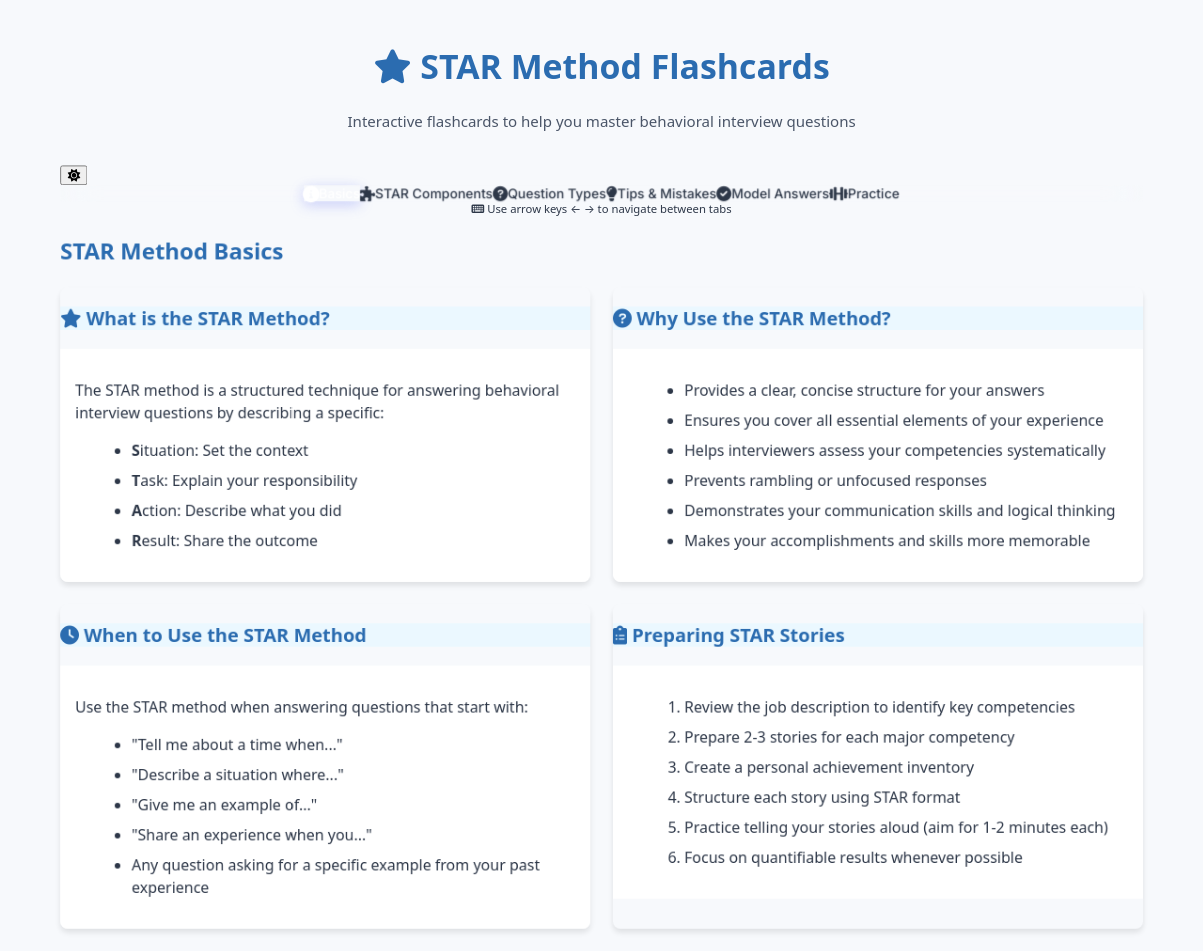
Repository: Clementjatts/star-interview-flashcards
Page: index.html
The author's editor kept a copy of each file at every save. The page is drawn from the files as they stood at one save, then again after the next save.
The browser window is 1280 px wide. The pictures show the whole page, at 94% of full size.

Above is the page before, as saved 2025-05-02 20:51:23.

### index.html
<!DOCTYPE html>
<html lang="en" data-theme="dark">

<head>
    <meta charset="UTF-8">
    <meta name="viewport" content="width=device-width, initial-scale=1.0">
    <meta name="description"
        content="Master the STAR method for behavioral interviews with interactive flashcards, practice questions, and model answers.">
    <meta name="keywords" content="STAR method, behavioral interview, job interview, interview preparation, flashcards">
    <title>STAR Method Flashcards - Master Behavioral Interviews</title>

    <!-- Google Fonts -->
    <link rel="preconnect" href="https://fonts.googleapis.com">
    <link rel="preconnect" href="https://fonts.gstatic.com" crossorigin>
    <link href="https://fonts.googleapis.com/css2?family=Inter:wght@400;500;600;700;800&display=swap" rel="stylesheet">

    <!-- Font Awesome Icons -->
    <link rel="stylesheet" href="https://cdn.jsdelivr.net/npm/@fortawesome/fontawesome-free@6.0.0/css/all.min.css">

    <!-- Styles -->
    <link rel="stylesheet" href="styles/main.css">
</head>

<body>
    <div class="max-w-6xl mx-auto">
        <!-- Header Section -->
        <header class="header-container">
            <h1>
                <i class="fas fa-star" style="color: var(--accent-primary);"></i>
                STAR Method Flashcards
            </h1>
            <p class="intro">Interactive flashcards to help you master behavioral interview questions</p>

            <!-- Theme Toggle -->
            <div class="header-actions">
                <button class="theme-toggle" id="themeToggle" aria-label="Toggle dark/light mode" title="Toggle theme">
                    <i class="fas fa-moon"></i>
                </button>
            </div>
        </header>

        <!-- Progress Bar -->
        <div class="progress-container" role="progressbar" aria-valuenow="1" aria-valuemin="1" aria-valuemax="6">
            <div class="progress-bar" id="progressBar"></div>
        </div>

        <!-- Tab Navigation -->
        <nav class="tab-button-container" role="tablist" aria-label="STAR Method sections">
            <button class="tab-button active" onclick="openTab(event, 'basics')" role="tab" aria-selected="true"
                aria-controls="basics" id="tab-basics">
                <i class="fas fa-info-circle"></i>
                <span>Basics</span>
            </button>
            <button class="tab-button" onclick="openTab(event, 'components')" role="tab" aria-selected="false"
                aria-controls="components" id="tab-components">
                <i class="fas fa-puzzle-piece"></i>
                <span>STAR Components</span>
            </button>
            <button class="tab-button" onclick="openTab(event, 'questions')" role="tab" aria-selected="false"
                aria-controls="questions" id="tab-questions">
                <i class="fas fa-question-circle"></i>
                <span>Question Types</span>
            </button>
            <button class="tab-button" onclick="openTab(event, 'tips')" role="tab" aria-selected="false"
                aria-controls="tips" id="tab-tips">
                <i class="fas fa-lightbulb"></i>
                <span>Tips & Mistakes</span>
            </button>
            <button class="tab-button" onclick="openTab(event, 'examples')" role="tab" aria-selected="false"
                aria-controls="examples" id="tab-examples">
                <i class="fas fa-check-circle"></i>
                <span>Model Answers</span>
            </button>
            <button class="tab-button" onclick="openTab(event, 'practice')" role="tab" aria-selected="false"
                aria-controls="practice" id="tab-practice">
                <i class="fas fa-dumbbell"></i>
                <span>Practice</span>
            </button>
        </nav>

        <p class="keyboard-hint">
            <i class="fas fa-keyboard"></i> Use arrow keys ← → to navigate between tabs
        </p>

        <!-- Tab Content -->
        <main>
            <div id="basics" class="tab-content active" role="tabpanel" aria-labelledby="tab-basics">
                <!-- Content will be loaded from components/basics.html -->
            </div>

            <div id="components" class="tab-content" role="tabpanel" aria-labelledby="tab-components">
                <!-- Content will be loaded from components/components.html -->
            </div>

            <div id="questions" class="tab-content" role="tabpanel" aria-labelledby="tab-questions">
                <!-- Content will be loaded from components/questions.html -->
            </div>

            <div id="tips" class="tab-content" role="tabpanel" aria-labelledby="tab-tips">
                <!-- Content will be loaded from components/tips.html -->
            </div>

            <div id="examples" class="tab-content" role="tabpanel" aria-labelledby="tab-examples">
                <!-- Content will be loaded from components/examples.html -->
            </div>

            <div id="practice" class="tab-content" role="tabpanel" aria-labelledby="tab-practice">
                <!-- Content will be loaded from components/practice.html -->
            </div>
        </main>


    </div>

    <!-- Scripts -->
    <script src="scripts/tabs.js"></script>
    <script src="scripts/cards.js"></script>
    <script src="scripts/practice.js"></script>
    <script src="scripts/app.js"></script>

    <script>
        // Load component HTML files
        document.addEventListener('DOMContentLoaded', function () {
            // Function to load HTML content from component files
            function loadComponent(id, file) {
                const element = document.getElementById(id);
                element.classList.add('loading');

                fetch('components/' + file)
                    .then(response => {
                        if (!response.ok) throw new Error('Network response was not ok');
                        return response.text();
                    })
                    .then(html => {
                        element.innerHTML = html;
                        element.classList.remove('loading');

                        // Initialize practice features if this is the practice tab
                        if (id === 'practice' && typeof initPractice === 'function') {
                            initPractice();
                        }

                        // Initialize flip cards
                        if (typeof initFlipCards === 'function') {
                            initFlipCards(element);
                        }
                    })
                    .catch(error => {
                        console.error('Error loading component:', error);
                        element.classList.remove('loading');
                        element.innerHTML = `
                            <div class="tab-error">
                                <i class="fas fa-exclamation-triangle"></i>
                                <p>Unable to load content. If you opened this file directly, please run a local server.</p>
                                <p style="font-size: 0.875rem; color: var(--text-muted);">
                                    Run: <code style="background: var(--glass-bg); padding: 2px 8px; border-radius: 4px;">npx serve</code> in the project folder
                                </p>
                                <button onclick="location.reload()">
                                    <i class="fas fa-redo"></i> Retry
                                </button>
                            </div>
                        `;
                    });
            }

            // Load all components
            loadComponent('basics', 'basics.html');
            loadComponent('components', 'components.html');
            loadComponent('questions', 'questions.html');
            loadComponent('tips', 'tips.html');
            loadComponent('examples', 'examples.html');
            loadComponent('practice', 'practice.html');

            // Initialize theme
            initTheme();
        });
    </script>
</body>

</html>

### styles/main.css
/* Main CSS file that imports all other CSS files */
@import 'base.css';
@import 'components.css';
@import 'tabs.css';
@import 'print.css';

### styles/base.css
/* Base styles */
body {
    background-color: #f7f9fc;
    font-family: system-ui, -apple-system, BlinkMacSystemFont, "Segoe UI", Roboto, sans-serif;
    color: #2d3748;
    line-height: 1.5;
}

/* Typography */
h1, h2, h3, h4, h5, h6 {
    font-family: system-ui, -apple-system, BlinkMacSystemFont, "Segoe UI", Roboto, sans-serif;
    font-weight: 600;
    line-height: 1.25;
    color: #2d3748;
}

h2.section-title {
    color: #2b6cb0;
    font-size: 1.5rem;
    font-weight: 700;
}

h3 {
    font-size: 1.25rem;
}

p {
    margin-bottom: 0.75rem;
}

strong {
    font-weight: 600;
}

.max-w-6xl {
    max-width: 72rem;
}

.mx-auto {
    margin-left: auto;
    margin-right: auto;
}

h1 {
    font-size: 1.875rem;
    font-weight: bold;
    text-align: center;
    margin-bottom: 1.5rem;
    color: #2b6cb0;
}

p.intro {
    text-align: center;
    margin-bottom: 2rem;
    color: #4a5568;
}

@media (min-width: 768px) {
    body {
        padding: 2rem;
    }

    h1 {
        font-size: 2.25rem;
    }
}

body {
    padding: 1rem;
}

### styles/components.css
/* Card styles */
.card {
    border-radius: 8px;
    box-shadow: 0 4px 6px rgba(0, 0, 0, 0.1);
    transition: transform 0.3s ease, box-shadow 0.3s ease;
    overflow: hidden;
}

.card:hover {
    transform: translateY(-5px);
    box-shadow: 0 10px 15px rgba(0, 0, 0, 0.1);
}

/* Card front/back styles */
.card-front {
    background-color: #ebf4ff;
    border-bottom-width: 1px;
}

.card-back {
    background-color: white;
    padding: 1rem;
}

/* Card front colors */
.card-front.bg-blue-50 {
    background-color: #ebf8ff;
    border-color: #bee3f8;
}

.card-front.bg-green-50 {
    background-color: #f0fff4;
    border-color: #c6f6d5;
}

.card-front.bg-yellow-50 {
    background-color: #fffff0;
    border-color: #fefcbf;
}

.card-front.bg-red-50 {
    background-color: #fff5f5;
    border-color: #fed7d7;
}

.card-front.bg-purple-50 {
    background-color: #faf5ff;
    border-color: #e9d8fd;
}

.card-front.bg-indigo-50 {
    background-color: #ebf4ff;
    border-color: #c3dafe;
}

/* Grid layout for cards */
.grid {
    display: grid;
    gap: 1.5rem;
}

@media (min-width: 768px) {
    .grid {
        grid-template-columns: repeat(2, 1fr);
    }
}

/* Section titles */
.section-title {
    font-size: 1.5rem;
    font-weight: bold;
    margin-bottom: 1.5rem;
    color: #2b6cb0;
}

/* List styles */
ul.list-disc {
    list-style-type: disc;
    margin-left: 1.25rem;
    margin-bottom: 1rem;
}

ul.list-disc li {
    margin-bottom: 0.5rem;
}

ol.list-decimal {
    list-style-type: decimal;
    margin-left: 1.25rem;
    margin-bottom: 1rem;
}

ol.list-decimal li {
    margin-bottom: 0.5rem;
}

/* Text colors */
.text-blue-700 { color: #2b6cb0; }
.text-green-700 { color: #2f855a; }
.text-yellow-700 { color: #b7791f; }
.text-red-700 { color: #c53030; }
.text-purple-700 { color: #6b46c1; }
.text-indigo-700 { color: #4c51bf; }

.text-blue-800 { color: #2c5282; }
.text-green-800 { color: #276749; }
.text-yellow-800 { color: #975a16; }
.text-red-800 { color: #9b2c2c; }
.text-purple-800 { color: #553c9a; }
.text-indigo-800 { color: #434190; }

### styles/print.css
/* Print-specific styles */
@media print {
    .tab-button-container {
        display: none;
    }

    .tab-content {
        display: block !important;
        page-break-inside: avoid;
        margin-bottom: 2rem;
    }

    .section-title {
        margin-top: 2rem;
        margin-bottom: 1rem;
        font-size: 1.5rem;
        font-weight: bold;
        color: #2d3748;
    }

    body {
        background-color: white;
    }
}

### components/basics.html
<h2 class="text-2xl font-bold mb-6 text-blue-800 section-title">STAR Method Basics</h2>
<div class="grid grid-cols-1 md:grid-cols-2 gap-6">
    <!-- Card 1 -->
    <div class="card" tabindex="0" role="button" aria-label="Click to flip card">
        <div class="card-front p-4 bg-blue-50 border-b border-blue-200">
            <h3 class="text-xl font-semibold text-blue-700">
                <i class="fas fa-star" style="color: var(--accent-primary);"></i>
                What is the STAR Method?
            </h3>

        </div>
        <div class="card-back p-4">
            <p>The STAR method is a structured technique for answering behavioral interview questions by describing a
                specific:</p>
            <ul class="list-disc ml-5 mt-2">
                <li><strong style="color: var(--situation-color);">S</strong>ituation: Set the context</li>
                <li><strong style="color: var(--task-color);">T</strong>ask: Explain your responsibility</li>
                <li><strong style="color: var(--action-color);">A</strong>ction: Describe what you did</li>
                <li><strong style="color: var(--result-color);">R</strong>esult: Share the outcome</li>
            </ul>
        </div>
    </div>

    <!-- Card 2 -->
    <div class="card" tabindex="0" role="button" aria-label="Click to flip card">
        <div class="card-front p-4 bg-blue-50 border-b border-blue-200">
            <h3 class="text-xl font-semibold text-blue-700">
                <i class="fas fa-question-circle"></i>
                Why Use the STAR Method?
            </h3>

        </div>
        <div class="card-back p-4">
            <ul class="list-disc ml-5">
                <li>Provides a clear, concise structure for your answers</li>
                <li>Ensures you cover all essential elements of your experience</li>
                <li>Helps interviewers assess your competencies systematically</li>
                <li>Prevents rambling or unfocused responses</li>
                <li>Demonstrates your communication skills and logical thinking</li>
                <li>Makes your accomplishments and skills more memorable</li>
            </ul>
        </div>
    </div>

    <!-- Card 3 -->
    <div class="card" tabindex="0" role="button" aria-label="Click to flip card">
        <div class="card-front p-4 bg-blue-50 border-b border-blue-200">
            <h3 class="text-xl font-semibold text-blue-700">
                <i class="fas fa-clock"></i>
                When to Use the STAR Method
            </h3>

        </div>
        <div class="card-back p-4">
            <p>Use the STAR method when answering questions that start with:</p>
            <ul class="list-disc ml-5 mt-2">
                <li>"Tell me about a time when..."</li>
                <li>"Describe a situation where..."</li>
                <li>"Give me an example of..."</li>
                <li>"Share an experience when you..."</li>
                <li>Any question asking for a specific example from your past experience</li>
            </ul>
        </div>
    </div>

    <!-- Card 4 -->
    <div class="card" tabindex="0" role="button" aria-label="Click to flip card">
        <div class="card-front p-4 bg-blue-50 border-b border-blue-200">
            <h3 class="text-xl font-semibold text-blue-700">
                <i class="fas fa-clipboard-list"></i>
                Preparing STAR Stories
            </h3>

        </div>
        <div class="card-back p-4">
            <ol class="list-decimal ml-5">
                <li>Review the job description to identify key competencies</li>
                <li>Prepare 2-3 stories for each major competency</li>
                <li>Create a personal achievement inventory</li>
                <li>Structure each story using STAR format</li>
                <li>Practice telling your stories aloud (aim for 1-2 minutes each)</li>
                <li>Focus on quantifiable results whenever possible</li>
            </ol>
        </div>
    </div>
</div>

### components/components.html
<h2 class="text-2xl font-bold mb-6 text-blue-800 section-title">STAR Components Breakdown</h2>
<div class="grid grid-cols-1 md:grid-cols-2 gap-6">
    <!-- Situation Card -->
    <div class="card" tabindex="0" role="button" aria-label="Click to flip card">
        <div class="card-front p-4 bg-green-50 border-b border-green-200">
            <h3 class="text-xl font-semibold text-green-700">
                <span style="font-size: 1.5rem; font-weight: 800; color: var(--situation-color);">S</span> - Situation
            </h3>

        </div>
        <div class="card-back p-4">
            <p class="mb-2"><strong>Set the scene and provide context</strong></p>
            <p class="mb-2">Guiding questions:</p>
            <ul class="list-disc ml-5">
                <li>When and where did this take place?</li>
                <li>What was the background or context?</li>
                <li>Who else was involved?</li>
                <li>What were the surrounding circumstances?</li>
            </ul>
            <p class="mt-2 text-sm" style="color: var(--text-muted);">
                <i class="fas fa-lightbulb" style="color: var(--warning);"></i> Keep this brief (1-2 sentences) - just
                enough to understand the context.
            </p>
        </div>
    </div>

    <!-- Task Card -->
    <div class="card" tabindex="0" role="button" aria-label="Click to flip card">
        <div class="card-front p-4 bg-yellow-50 border-b border-yellow-200">
            <h3 class="text-xl font-semibold text-yellow-700">
                <span style="font-size: 1.5rem; font-weight: 800; color: var(--task-color);">T</span> - Task
            </h3>

        </div>
        <div class="card-back p-4">
            <p class="mb-2"><strong>Explain your responsibility or challenge</strong></p>
            <p class="mb-2">Guiding questions:</p>
            <ul class="list-disc ml-5">
                <li>What was your specific role or assignment?</li>
                <li>What was the problem or challenge you faced?</li>
                <li>What goals were you trying to achieve?</li>
                <li>What were the expectations or deadlines?</li>
            </ul>
            <p class="mt-2 text-sm" style="color: var(--text-muted);">
                <i class="fas fa-lightbulb" style="color: var(--warning);"></i> Focus on YOUR task, not the team's
                general objective.
            </p>
        </div>
    </div>

    <!-- Action Card -->
    <div class="card" tabindex="0" role="button" aria-label="Click to flip card">
        <div class="card-front p-4 bg-red-50 border-b border-red-200">
            <h3 class="text-xl font-semibold text-red-700">
                <span style="font-size: 1.5rem; font-weight: 800; color: var(--action-color);">A</span> - Action
            </h3>

        </div>
        <div class="card-back p-4">
            <p class="mb-2"><strong>Describe what YOU did and how you did it</strong></p>
            <p class="mb-2">Guiding questions:</p>
            <ul class="list-disc ml-5">
                <li>What specific steps did you take?</li>
                <li>How did you approach the problem?</li>
                <li>What skills or knowledge did you apply?</li>
                <li>How did you overcome obstacles?</li>
                <li>What made your approach effective?</li>
            </ul>
            <p class="mt-2 text-sm" style="color: var(--text-muted);">
                <i class="fas fa-lightbulb" style="color: var(--warning);"></i> This should be the longest part of your
                answer. Use "I" statements, not "we."
            </p>
        </div>
    </div>

    <!-- Result Card -->
    <div class="card" tabindex="0" role="button" aria-label="Click to flip card">
        <div class="card-front p-4 bg-purple-50 border-b border-purple-200">
            <h3 class="text-xl font-semibold text-purple-700">
                <span style="font-size: 1.5rem; font-weight: 800; color: var(--result-color);">R</span> - Result
            </h3>

        </div>
        <div class="card-back p-4">
            <p class="mb-2"><strong>Share the outcome and what you learned</strong></p>
            <p class="mb-2">Guiding questions:</p>
            <ul class="list-disc ml-5">
                <li>What was the outcome of your actions?</li>
                <li>How did you measure success?</li>
                <li>What did you accomplish or learn?</li>
                <li>How did it benefit your team/company?</li>
                <li>What quantifiable metrics can you share?</li>
            </ul>
            <p class="mt-2 text-sm" style="color: var(--text-muted);">
                <i class="fas fa-lightbulb" style="color: var(--warning);"></i> Include specific numbers/percentages
                whenever possible. Even if the outcome wasn't perfect, share what you learned.
            </p>
        </div>
    </div>
</div>

Loaded but not shown: scripts/practice.js (279 lines, source omitted); scripts/app.js (194 lines, source omitted); scripts/tabs.js (157 lines, source omitted); scripts/cards.js (94 lines, source omitted); components/examples.html (172 lines, source omitted); components/questions.html (140 lines, source omitted); components/practice.html (106 lines, source omitted); components/tips.html (125 lines, source omitted); styles/tabs.css (246 lines, source omitted)

After the next save:
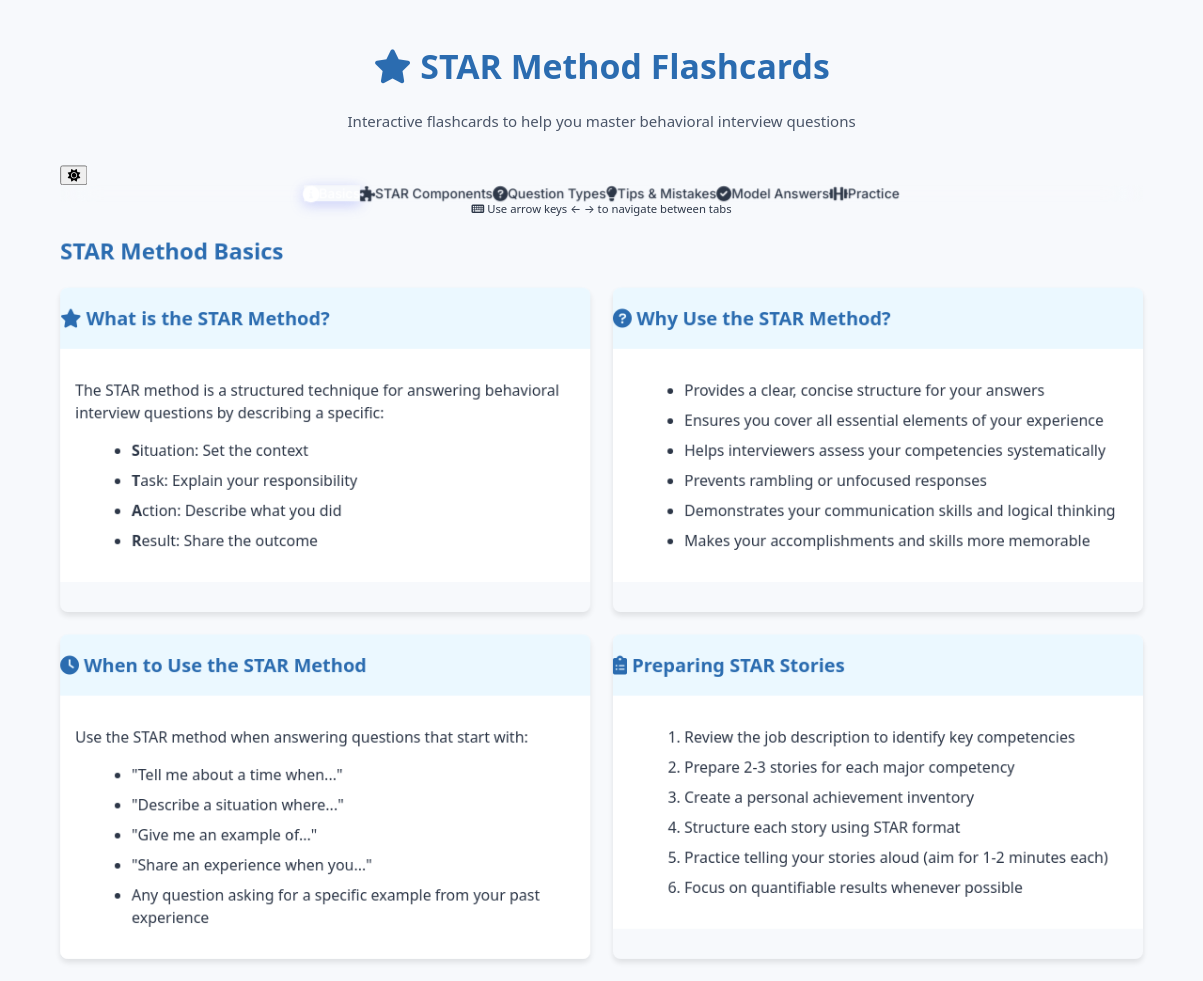
Saved 9 min 3 s later.
--- a/styles/components.css
+++ b/styles/components.css
@@ -94,6 +94,34 @@ ol.list-decimal li {
     margin-bottom: 0.5rem;
 }
 
+/* Practice cards specific styles */
+.practice-card .card-front {
+    display: flex;
+    flex-direction: column;
+    height: 100%;
+}
+
+.star-framework {
+    margin-top: auto;
+    flex-grow: 1;
+    display: flex;
+    flex-direction: column;
+}
+
+/* Make cards in the same row have equal height */
+@media (min-width: 768px) {
+    .grid {
+        display: grid;
+        grid-auto-rows: 1fr;
+    }
+
+    .card {
+        height: 100%;
+        display: flex;
+        flex-direction: column;
+    }
+}
+
 /* Text colors */
 .text-blue-700 { color: #2b6cb0; }
 .text-green-700 { color: #2f855a; }
